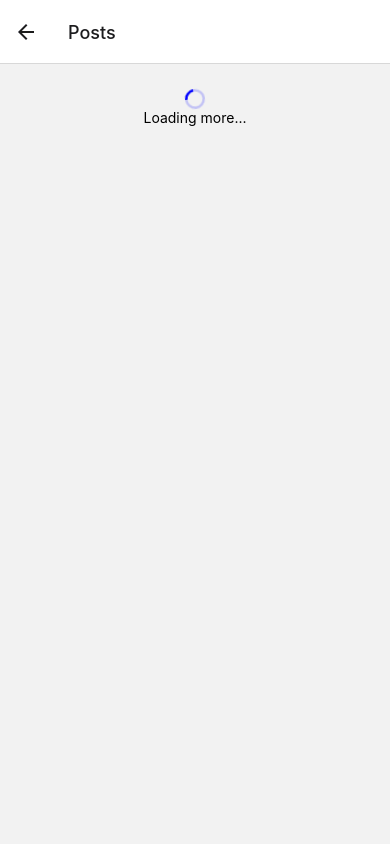
Repository: nawaz1568/Task_counter
Screen: /Posts
These files come from the project's save history. The screen is drawn as it stood at one moment and after the next save; the edit follows.
The page's requests for data from a server got no answer. The app was drawn by React Native's web renderer in a window 390 px wide. The project was rebuilt for these pictures with package versions that can differ from the ones it lists, and the page was loaded fresh each time. No one was signed in, and anything a server would have sent is missing. Also part of the build but not shown: src/screens/PostDetailScreen.js, src/screens/CounterScreen.js.

Above is the screen before, as saved 2025-09-09 12:46:08.

After the next save:
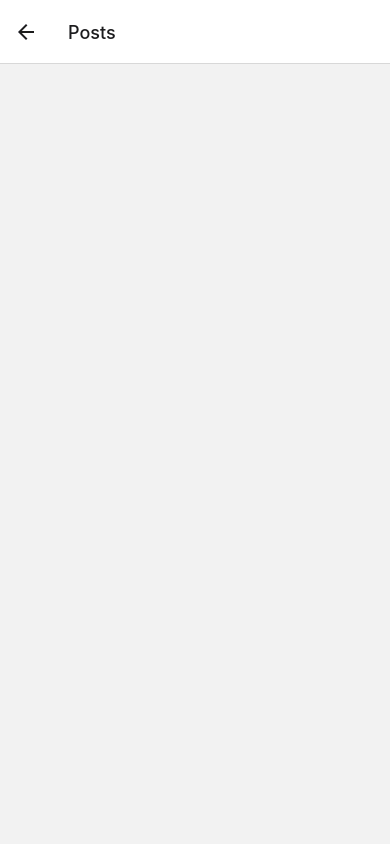
Saved 3 min 43 s later.
--- a/src/screens/PostListScreen.js
+++ b/src/screens/PostListScreen.js
@@ -17,31 +17,7 @@ export default function PostListScreen() {
   const [loadingMore, setLoadingMore] = useState(false);
 
   const LIMIT = 10; // fetch 10 at a time
-  const BASE_URL = "http://10.31.145.36:3000/posts"; // 👈 your backend
-
-  // fetch with timeout + retry
-  const fetchWithTimeout = (url, options = {}, timeout = 10000, retries = 2) => {
-    return new Promise((resolve, reject) => {
-      const attempt = (n) => {
-        Promise.race([
-          fetch(url, options),
-          new Promise((_, rej) =>
-            setTimeout(() => rej(new Error("Request Timeout")), timeout)
-          ),
-        ])
-          .then(resolve)
-          .catch((err) => {
-            if (n > 0) {
-              console.warn("Retrying fetch...");
-              setTimeout(() => attempt(n - 1), 1000);
-            } else {
-              reject(err);
-            }
-          });
-      };
-      attempt(retries);
-    });
-  };
+  const BASE_URL = "https://jsonplaceholder.typicode.com/posts";
 
   // fetch posts
   const fetchPosts = async (pageNumber = 0, append = false) => {
@@ -52,12 +28,13 @@ export default function PostListScreen() {
         setLoadingMore(true);
       }
 
-      const response = await fetchWithTimeout(
-        `${BASE_URL}?_start=${pageNumber * LIMIT}&_limit=${LIMIT}`,
-        { method: "GET" },
-        10000, // 10s timeout
-        2 // 2 retries
+      const response = await fetch(
+        `${BASE_URL}?_start=${pageNumber * LIMIT}&_limit=${LIMIT}`
       );
+
+      if (!response.ok) {
+        throw new Error("Network response was not ok");
+      }
 
       const data = await response.json();
 
